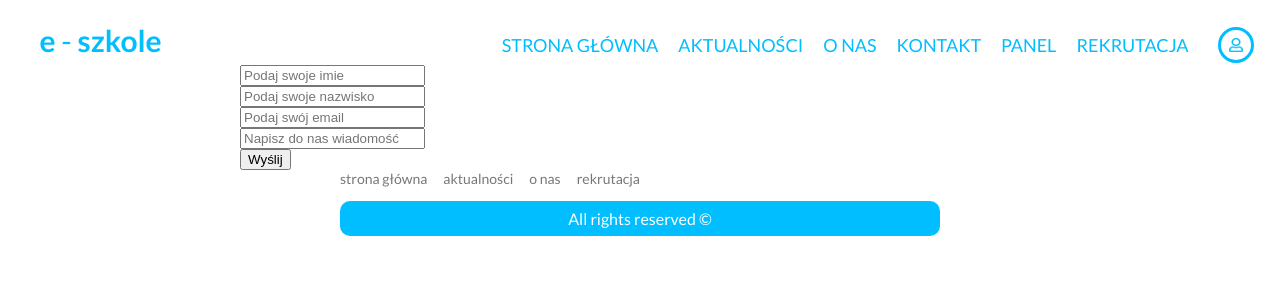
Repository: Votex874/e-szkole
Page: /kontakt (app in app/)
These files come from the project's save history. The page is drawn as it stood at one moment and after the next save; the edit follows.
The browser window is 1280 px wide. The pictures show the whole page.
The project was rebuilt for these pictures with package versions that can differ from the ones it lists, and the page was loaded fresh each time. Also part of the build but not shown: app/src/components/News/Title/index.js, app/src/components/News/Content/index.js, app/src/components/News/Avatar/index.js, app/src/components/News/Footer/index.js, app/src/components/SectionTitle/index.js, app/src/components/News/index.js, app/src/components/AboutUs/Content/index.js, app/src/components/AboutUs/index.js and 21 more.

Above is the page before, as saved 2019-03-11 09:22:56.

After the next save:
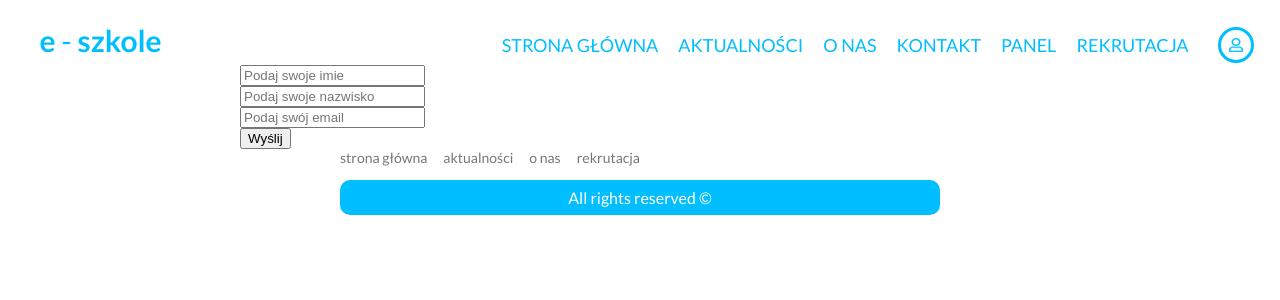
Saved 23 s later.
--- a/app/src/components/Form/index.js
+++ b/app/src/components/Form/index.js
@@ -30,11 +30,6 @@
           name: 'email',
           type: 'email',
           placeholder: 'Podaj swój email'
-        },
-        {
-          name: 'content',
-          type: 'textarea',
-          placeholder: 'Napisz do nas wiadomość'
         }
       ]
     }

After the 3 saves that followed:
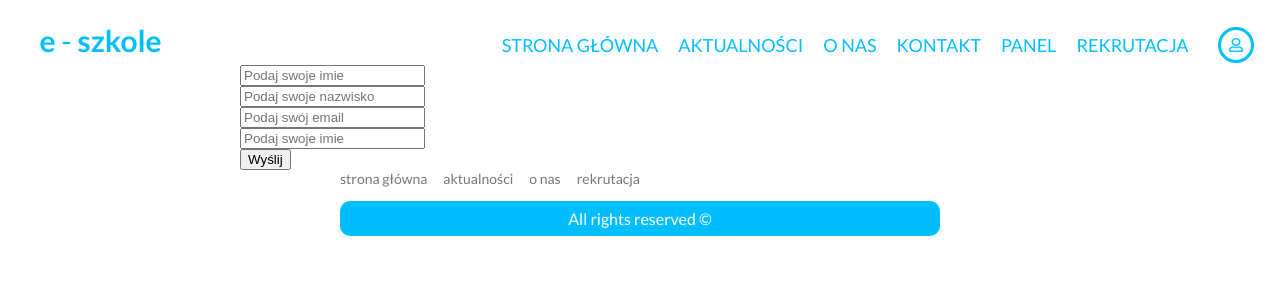
The 3 saves are shown as one change because 2 left the picture as it was.
The last was saved 7 min 9 s later.
--- a/app/src/components/Form/index.js
+++ b/app/src/components/Form/index.js
@@ -15,45 +15,130 @@
     super(props)
 
     this.state = {
+      name: '',
       formFields: [
         {
           name: 'name',
           type: 'text',
-          placeholder: 'Podaj swoje imie'
+          value: '',
+          placeholder: 'Podaj swoje imie',
+          onChange: this.handleChangeName
         },
         {
           name: 'surname',
           type: 'text',
-          placeholder: 'Podaj swoje nazwisko'
+          value: '',
+          placeholder: 'Podaj swoje nazwisko',
+          onChange: this.handleChangeSurName
         },
         {
           name: 'email',
           type: 'email',
-          placeholder: 'Podaj swój email'
+          value: '',
+          placeholder: 'Podaj swój email',
+          onChange: this.handleChangeEmail
         }
       ]
     }
   }
 
-  handleChange = e => {
-    this.setState({ [e.target.name]: e.target.value })
+  handleChangeName = e => {
+    this.setState({
+      formFields: [
+        {
+          name: 'name',
+          type: 'text',
+          value: e.target.value,
+          placeholder: 'Podaj swoje imie',
+          onChange: this.handleChangeName
+        },
+        {
+          name: 'surname',
+          type: 'text',
+          value: '',
+          placeholder: 'Podaj swoje nazwisko',
+          onChange: this.handleChangeSurName
+        },
+        {
+          name: 'email',
+          type: 'email',
+          value: '',
+          placeholder: 'Podaj swój email',
+          onChange: this.handleChangeEmail
+        }
+      ] })
+  }
+  handleChangeSurName = e => {
+    this.setState({
+      formFields: [
+        {
+          name: 'name',
+          type: 'text',
+          value: '',
+          placeholder: 'Podaj swoje imie',
+          onChange: this.handleChangeName
+        },
+        {
+          name: 'surname',
+          type: 'text',
+          value: e.target.value,
+          placeholder: 'Podaj swoje nazwisko',
+          onChange: this.handleChangeSurName
+        },
+        {
+          name: 'email',
+          type: 'email',
+          value: '',
+          placeholder: 'Podaj swój email',
+          onChange: this.handleChangeEmail
+        }
+      ]
+    })
+  }
+  handleChangeEmail = e => {
+    this.setState({
+      formFields: [
+        {
+          name: 'name',
+          type: 'text',
+          value: '',
+          placeholder: 'Podaj swoje imie',
+          onChange: this.handleChangeName
+        },
+        {
+          name: 'surname',
+          type: 'text',
+          value: '',
+          placeholder: 'Podaj swoje nazwisko',
+          onChange: this.handleChangeSurName
+        },
+        {
+          name: 'email',
+          type: 'email',
+          value: e.target.value,
+          placeholder: 'Podaj swój email',
+          onChange: this.handleChangeEmail
+        }
+      ]
+    })
   }
 
   render(){
-    const { formFields } = this.state
+    const { formFields, name } = this.state
     return (
       <FormContainer>
         {formFields.map((e, i) => {
           return <Input
             type={e.type}
-            value={this.state.name}
+            value={e.value}
             data={i}
             name={e.type}
-            onChange={this.handleChange}
+            onChange={e.onChange}
             placeholder={e.placeholder}
             key={i}
           />
         })}
+        <Input name="name" type="text" value={name} placeholder='Podaj swoje imie'/>
         <Input type="submit" value="Wyślij" />
       </FormContainer>
     )
